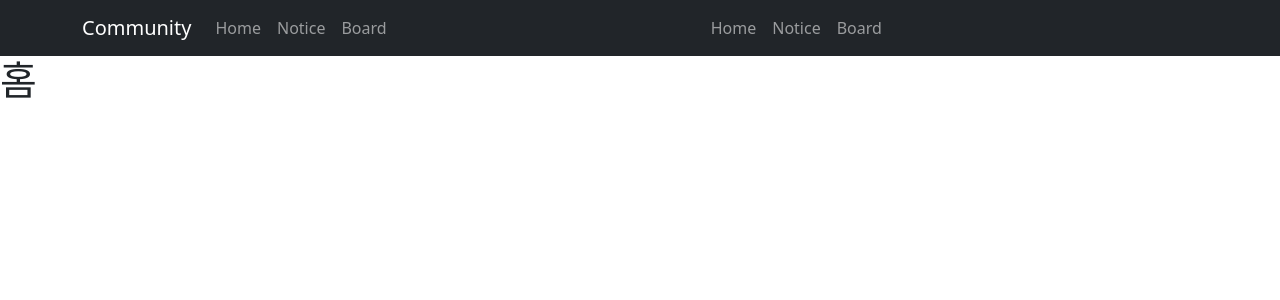
Repository: yangddoddi/community_react
Page: /
An editor plug-in stored every save of this project. The page is shown before and after the next save, followed by the edit.
The browser window is 1280 px wide. The pictures show the whole page.
The page's requests for data from a server got no answer. The project was rebuilt for these pictures with package versions that can differ from the ones it lists, and the page was loaded fresh each time. No one was signed in, and anything a server would have sent is missing. Also part of the build but not shown: src/pages/Join.js, src/pages/Login.js, src/pages/Posts.js, src/pages/Write.js.

Above is the page before, as saved 2022-09-06 22:47:44.

After the next save:
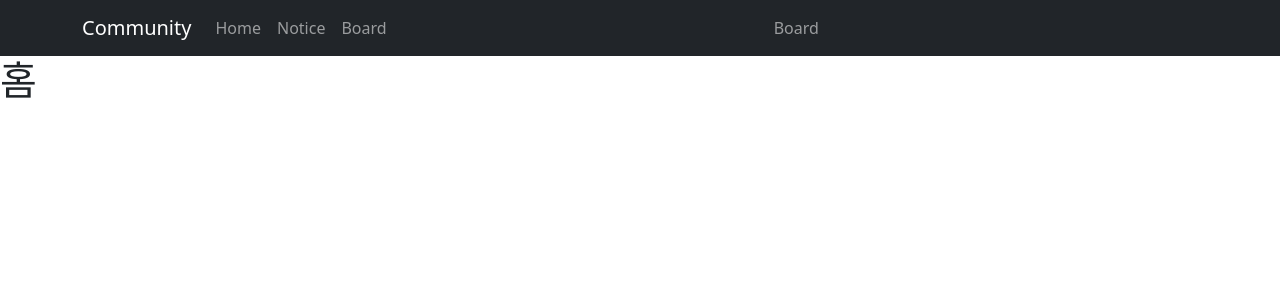
Saved 10 s later.
--- a/src/pages/Header.js
+++ b/src/pages/Header.js
@@ -15,8 +15,6 @@ export const Header = () => {
             <Nav.Link href="/posts">Board</Nav.Link>
           </Nav>
           <Nav className="me-auto">
-            <Nav.Link href="/">Home</Nav.Link>
-            <Nav.Link href="/posts">Notice</Nav.Link>
             <Nav.Link href="/posts">Board</Nav.Link>
           </Nav>
         </Container>
